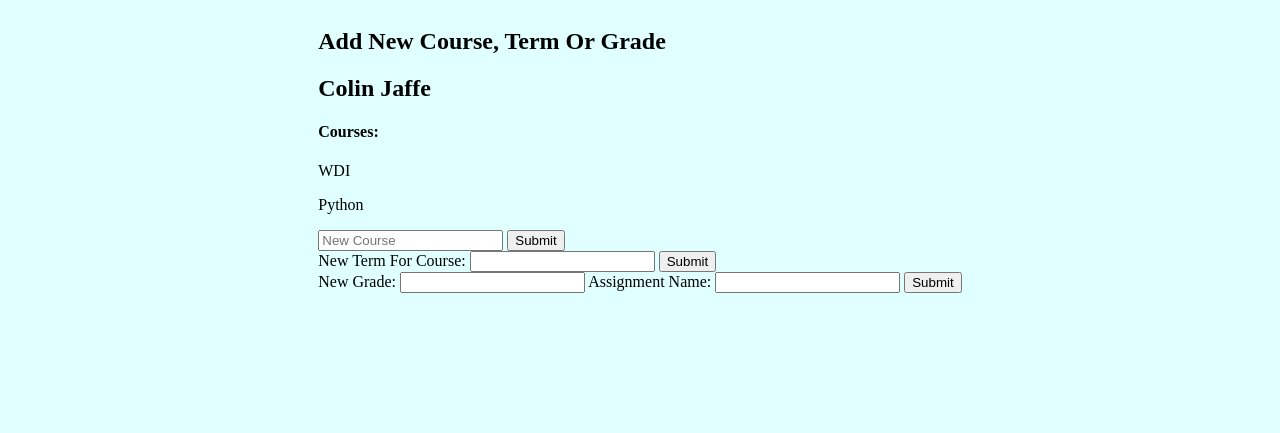
Repository: EdmontDantes/graderaide-ui
Page: add.html
An editor plug-in stored every save of this project. The page is shown before and after the next save, followed by the edit.
The browser window is 1280 px wide. The pictures show the whole page.

Above is the page before, as saved 2020-04-21 15:48:03.

### add.html
<html lang="en">
  <head>
    <title>Graderaide</title>
    <meta charset="UTF-8">
    <meta name="viewport" content="width=device-width, initial-scale=1">
    <link rel="stylesheet" type="text/css" href="style-add.css">
  </head>

  <body>
    <section class="app">
      <h1>Add New Course, Term Or Grade</h1>
      <h2>Colin Jaffe</h1>
      <h4>Courses:</h3>
      <p>WDI</p>
      <p>Python</p>
      <section>
        <!-- <label for="new-course">New Course:</label> -->
        <input type="text" name="new-course" class="new-course" placeholder="New Course">
        <button type="submit" class="submit-new-course">Submit</button>
      </section>
      <section>
        <label for="new-term">New Term For Course:</label>
        <input type="text" name="new-term" class="new-term">
        <button type="submit" class="submit-new-term">Submit</button>
      </section>
      <section>
        <label for="new-grade">New Grade:</label>
        <input type="text" name="new-grade" class="new-grade">
        <label for="new-grade-assignment">Assignment Name:</label>
        <input type="text" name="new-grade-assignment" class="new-grade-assignment">
        <button type="submit" class="submit-new-grade-assignment">Submit</button>
      </section>
    </section>
  </body>
</html>

### style-add.css
@media (min-width: 601px) and (max-width: 1100px);

body {
    background-color: lightcyan;
    display: flex;
    flex-wrap: wrap;
    justify-content: center;
}

After the next save:
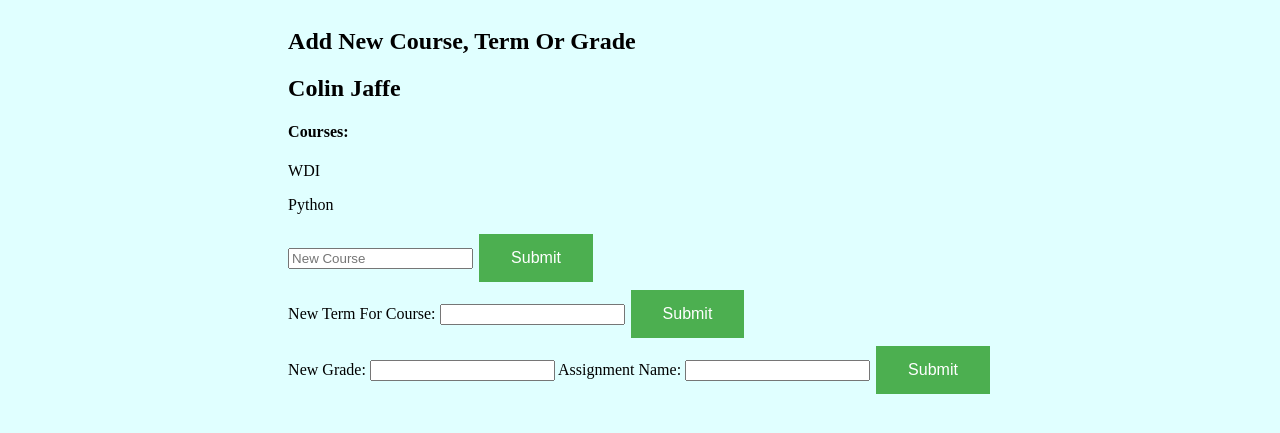
Saved 19 s later.
--- a/style-add.css
+++ b/style-add.css
@@ -6,3 +6,16 @@ body {
     flex-wrap: wrap;
     justify-content: center;
 }
+
+button {
+    background-color: #4CAF50; /* Green */
+    border: none;
+    color: white;
+    padding: 15px 32px;
+    text-align: center;
+    text-decoration: none;
+    display: inline-block;
+    font-size: 16px;
+    margin: 4px 2px;
+    cursor: pointer;
+}
